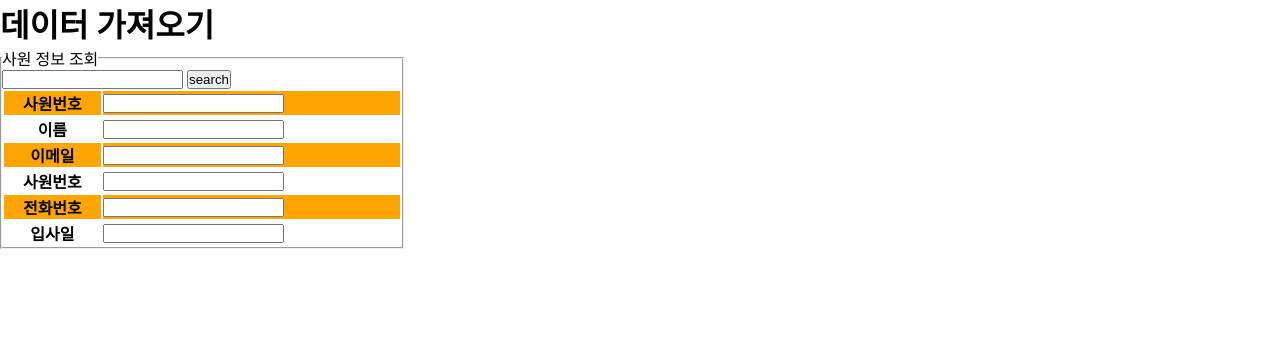
Repository: lafayetteey/WorkSpace
Page: workspace_jq_Ajax/UI_JQ_Ajax/WebContent/jq21_ajax.html
The author's editor kept a copy of each file at every save. The page is drawn from the files as they stood at one save, then again after a run of saves.
The browser window is 1280 px wide. The pictures show the whole page.

Above is the page before, as saved 2020-06-22 08:13:37.

### workspace_jq_Ajax/UI_JQ_Ajax/WebContent/jq21_ajax.html
<!DOCTYPE html>
<html>
<head>
<meta charset="UTF-8">
<title>Insert title here</title>
	<style type="text/css">
		*{
			margin : 0px;
			padding: 0px;
		}
		table{width : 400px;}
		table tr:nth-child(odd){background-color : orange;}
		fieldset{width: 400px;}
	</style>
</head>
<body>
	<h1>데이터 가져오기</h1>

	<fieldset>
		<legend>	사원 정보 조회 </legend>
		<input type="text" name="empid">
		<input type="button"  id="emp_search" value="search">
		<table>
			<tr>
				<th>사원번호</th>
				<td><input type="text" name="empNum"></td>
			</tr>
			<tr>
				<th>이름</th>
				<td><input type="text" name="empNum"></td>
			</tr>
			<tr>
				<th>이메일</th>
				<td><input type="text" name="empNum"></td>
			</tr>
			<tr>
				<th>사원번호</th>
				<td><input type="text" name="empNum"></td>
			</tr>
			<tr>
				<th>전화번호</th>
				<td><input type="text" name="empNum"></td>
			</tr>
			<tr>
				<th>입사일</th>
				<td><input type="text" name="empNum"></td>
			</tr>
		</table>
	</fieldset>
</body>
</html>

After the next 3 saves:
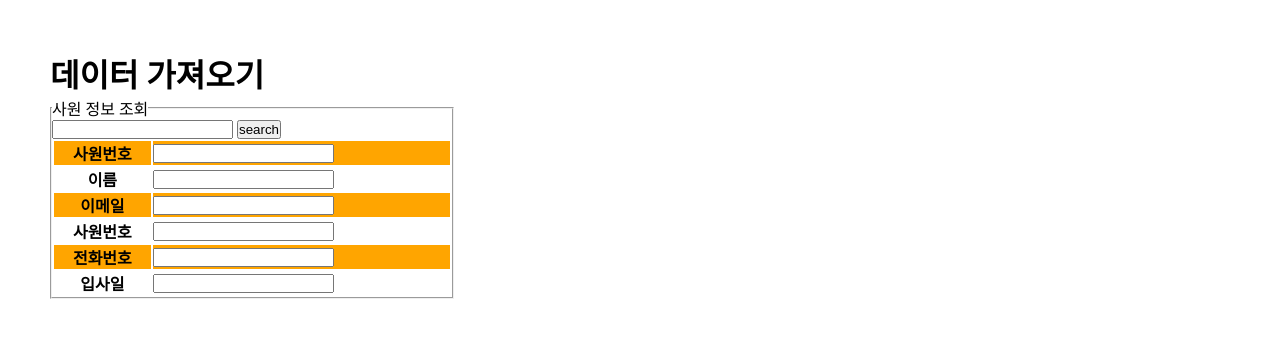
The 3 saves are shown as one change because they came seconds apart.
The last was saved 76 s later.
--- a/workspace_jq_Ajax/UI_JQ_Ajax/WebContent/jq21_ajax.html
+++ b/workspace_jq_Ajax/UI_JQ_Ajax/WebContent/jq21_ajax.html
@@ -11,6 +11,8 @@
 		table{width : 400px;}
 		table tr:nth-child(odd){background-color : orange;}
 		fieldset{width: 400px;}
+		body{width:1000px; margin:50px;}
+		inpit{width : 200px;'}
 	</style>
 </head>
 <body>
